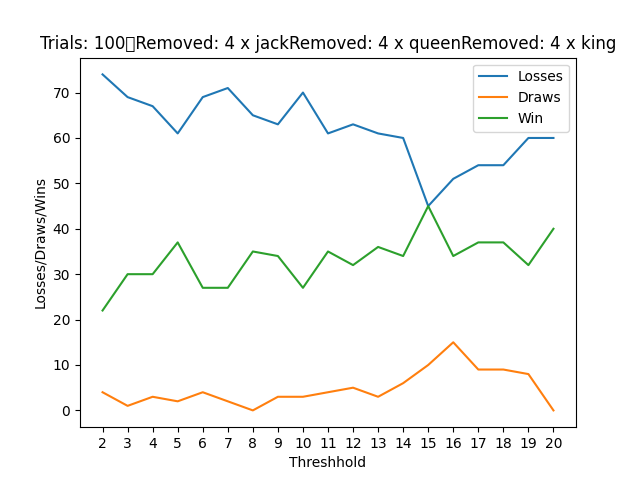
Repository: hosua/blackjack-cs241
Script's output: python main.py
The author's editor kept a copy of each file at every save. The script's output is drawn from the files as they stood at one save, then again after the next save.
Random numbers start from a fixed seed.

Above is the script's output before, as saved 2022-12-12 15:07:31.

After the next save:
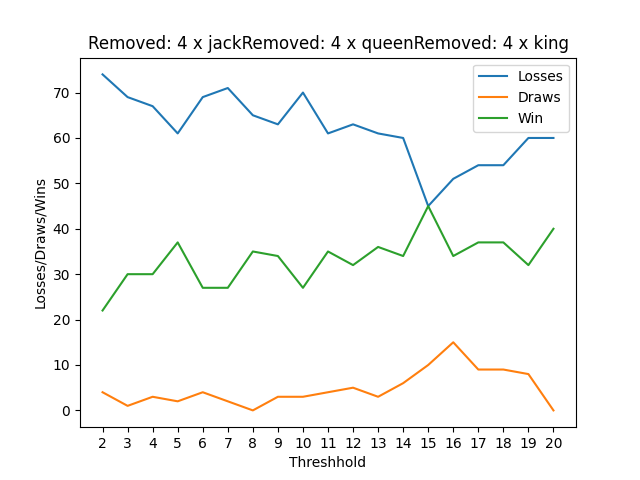
Saved 61 s later.
--- a/tester.py
+++ b/tester.py
@@ -198,7 +198,8 @@ def graph_data(trials: int, np_thresh, np_loss, np_draw, np_win, ranks: list[str
     output = ""
     for i in range(len(ranks)):
         output += f"Removed: {frequencies[i]} x {ranks[i]}"
-    plt.title(f"Trials: {trials}\t{output}")
+    # plt.title(f"Trials: {trials}\t{output}")
+    plt.title(f"{output}")
     plt.xticks(x_ticks)
     plt.yticks(y_ticks)
     plt.xlabel("Threshhold")
